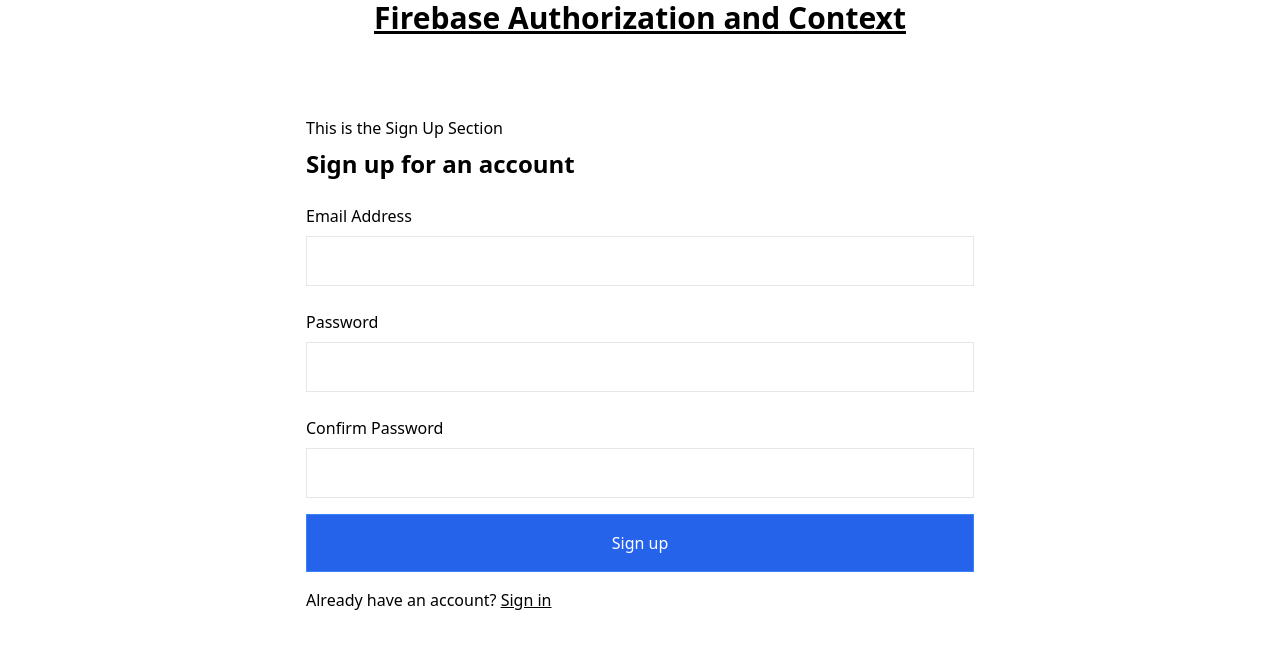
Repository: mottad14/practice_google_firebase
Page: /signup
An editor plug-in stored every save of this project. The page is shown before and after the next save, followed by the edit.
The browser window is 1280 px wide. The pictures show the whole page.
The project was rebuilt for these pictures with package versions that can differ from the ones it lists, and the page was loaded fresh each time. Also part of the build but not shown: src/components/Signin.jsx, src/components/Account.jsx.

Above is the page before, as saved 2022-07-27 09:28:00.

### src/index.js
import React from 'react';
import ReactDOM from 'react-dom/client';
import './index.css';
import App from './App';
import {BrowserRouter} from "react-router-dom"

const root = ReactDOM.createRoot(document.getElementById('root'))
root.render(
  <BrowserRouter>
    <App/>
  </BrowserRouter>);

### src/App.js
import React from "react";
import Signin from "./components/Signin";
import Signup from "./components/Signup";
import Account from "./components/Account"
import { Route, Routes } from "react-router-dom";

function App() {
  return (
    <div className="App">
          <h1 className="text-3xl text-center font-bold underline">
            Firebase Authorization and Context
            </h1>
            <Routes>
              <Route path="/" element={<Signin/>}  />
              <Route path="/signup" element={<Signup/>}  />
              <Route path="/account" element={<Account/>}  />
            </Routes>
    </div>
  );
}

export default App;

### src/components/Signup.jsx
import React from 'react'
import { Link } from 'react-router-dom'

const Signup = () => {
  return (
    <div className='max-w-[700px] mx-auto my-16 p-4 '>

      This is the Sign Up Section
      <div>
          <h1 className='text-2xl font-bold py-2'>Sign up for an account</h1>
      </div>

      <form>
          <div className='flex flex-col py-2'>
            <label className='py-2 font-medium' htmlFor=""> Email Address</label>
            <input className='border p-3' type="email"/>
          </div>
          <div className='flex flex-col py-2'>
            <label className='py-2 font-medium' htmlFor=""> Password</label>
            <input className='border p-3' type="password"/>
          </div>
          <div className='flex flex-col py-2'>
            <label className='py-2 font-medium' htmlFor=""> Confirm Password</label>
            <input className='border p-3' type="password"/>
          </div>
          <button className='border border-blue-500 bg-blue-600 hover:bg-blue-500 w-full p-4 my-2 text-white'>Sign up</button>
      </form>
      <p className='py-2'>
            Already have an account? <Link to="/" className='underline'> Sign in </Link>
      </p>

    </div>
  )
}

export default Signup

### tailwind.config.js
/** @type {import('tailwindcss').Config} */
module.exports = {
  content: [
    "./src/**/*.{js,jsx,ts,tsx}",
],
  theme: {
    extend: {},
  },
  plugins: [],
}

Loaded but not shown: public/index.html (common file); src/index.css (common file)

After the next save:
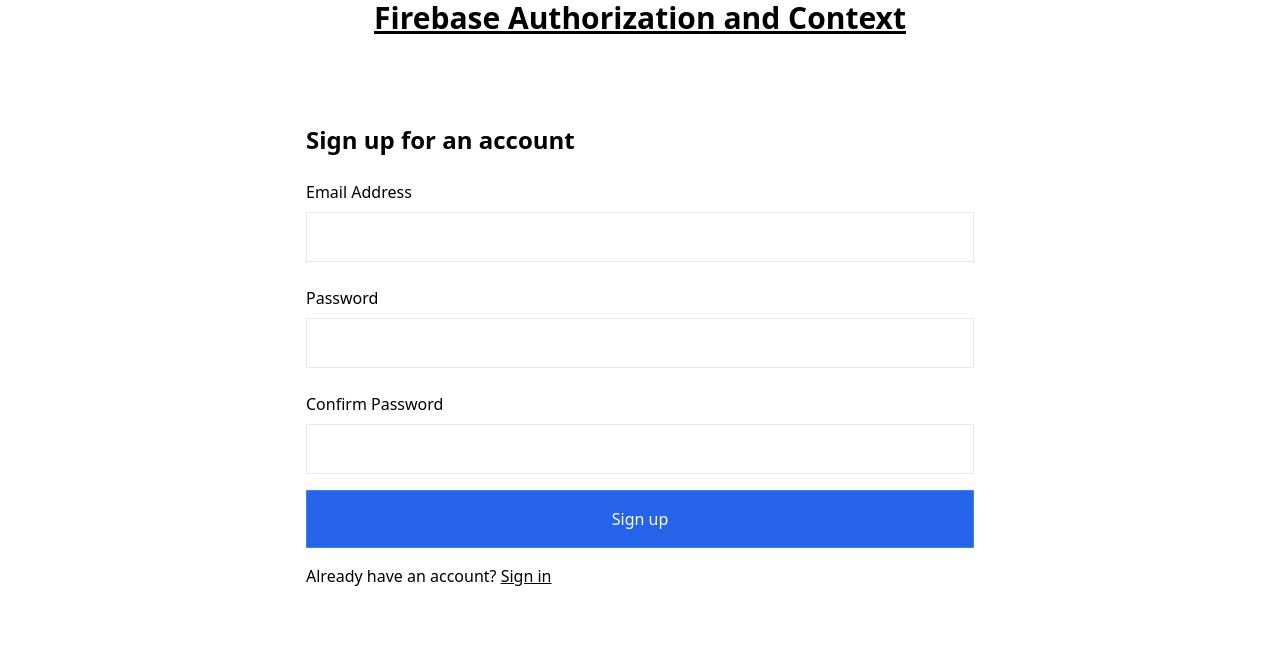
Saved 5 min 23 s later.
--- a/src/components/Signup.jsx
+++ b/src/components/Signup.jsx
@@ -4,8 +4,6 @@
 const Signup = () => {
   return (
     <div className='max-w-[700px] mx-auto my-16 p-4 '>
-
-      This is the Sign Up Section
       <div>
           <h1 className='text-2xl font-bold py-2'>Sign up for an account</h1>
       </div>
